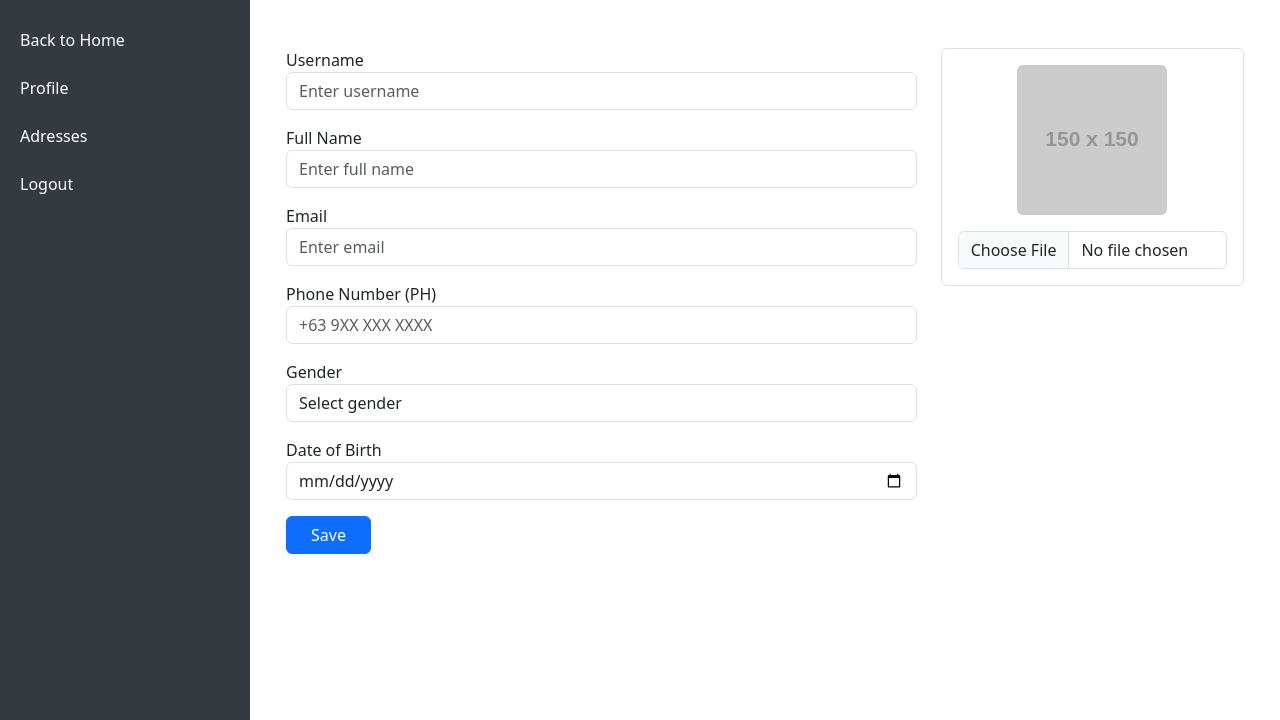
Repository: Darkrepo23/Ecommerce-Manalastas-project
Page: adress.html
An editor plug-in stored every save of this project. The page is shown before and after the next save, followed by the edit.
The browser window is 1280 px wide. The pictures show the whole page.

Above is the page before, as saved 2026-01-06 07:09:14.

After the next save:
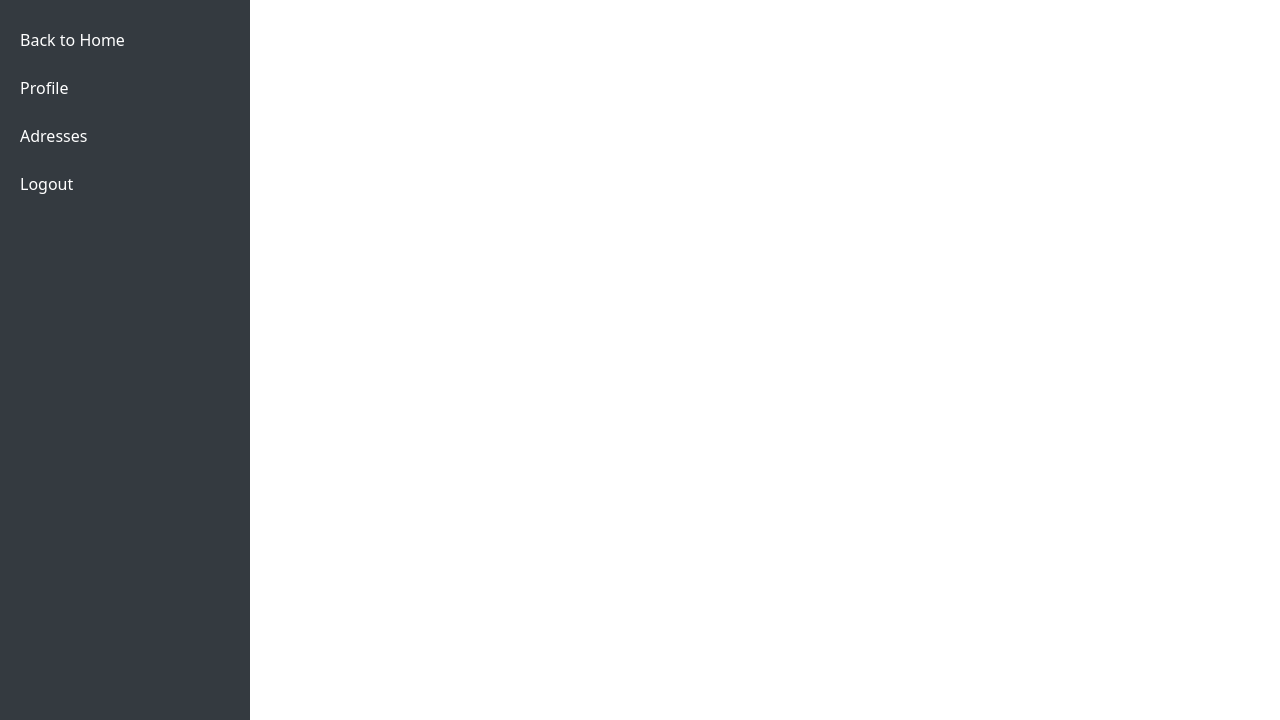
Saved 28 s later.
--- a/adress.html
+++ b/adress.html
@@ -76,71 +76,7 @@
 
   <!-- MAIN CONTENT -->
   <div class="content p-4">
-    <div class="container mt-4">
-      <div class="row">
 
-        <!-- LEFT SIDE FORM -->
-        <div class="col-md-8">
-          <form>
-
-            <!-- Username -->
-            <div class="form-group mb-3">
-              <label>Username</label>
-              <input type="text" class="form-control" placeholder="Enter username">
-            </div>
-
-            <!-- Full Name -->
-            <div class="form-group mb-3">
-              <label>Full Name</label>
-              <input type="text" class="form-control" placeholder="Enter full name">
-            </div>
-
-            <!-- Email -->
-            <div class="form-group mb-3">
-              <label>Email</label>
-              <input type="email" class="form-control" placeholder="Enter email">
-            </div>
-
-            <!-- Phone Number (PH) -->
-            <div class="form-group mb-3">
-              <label>Phone Number (PH)</label>
-              <input type="tel" class="form-control" placeholder="+63 9XX XXX XXXX">
-            </div>
-
-            <!-- Gender -->
-            <div class="form-group mb-3">
-              <label>Gender</label>
-              <select class="form-control">
-                <option value="" disabled selected>Select gender</option>
-                <option>Male</option>
-                <option>Female</option>
-                <option>Prefer not to say</option>
-              </select>
-            </div>
-
-            <!-- Date of Birth -->
-            <div class="form-group mb-3">
-              <label>Date of Birth</label>
-              <input type="date" class="form-control">
-            </div>
-
-            <!-- Save Button -->
-            <button type="button" class="btn btn-primary px-4">Save</button>
-
-          </form>
-        </div>
-
-        <!-- RIGHT SIDE IMAGE UPLOAD -->
-        <div class="col-md-4 text-center">
-          <div class="border p-3 rounded">
-            <img id="previewImage" src="https://via.placeholder.com/150" class="img-fluid rounded mb-3"
-              alt="Profile Image">
-
-            <input type="file" class="form-control" accept="image/*" onchange="previewImg(event)">
-          </div>
-        </div>
-
-      </div>
     </div>
   </div>
 
